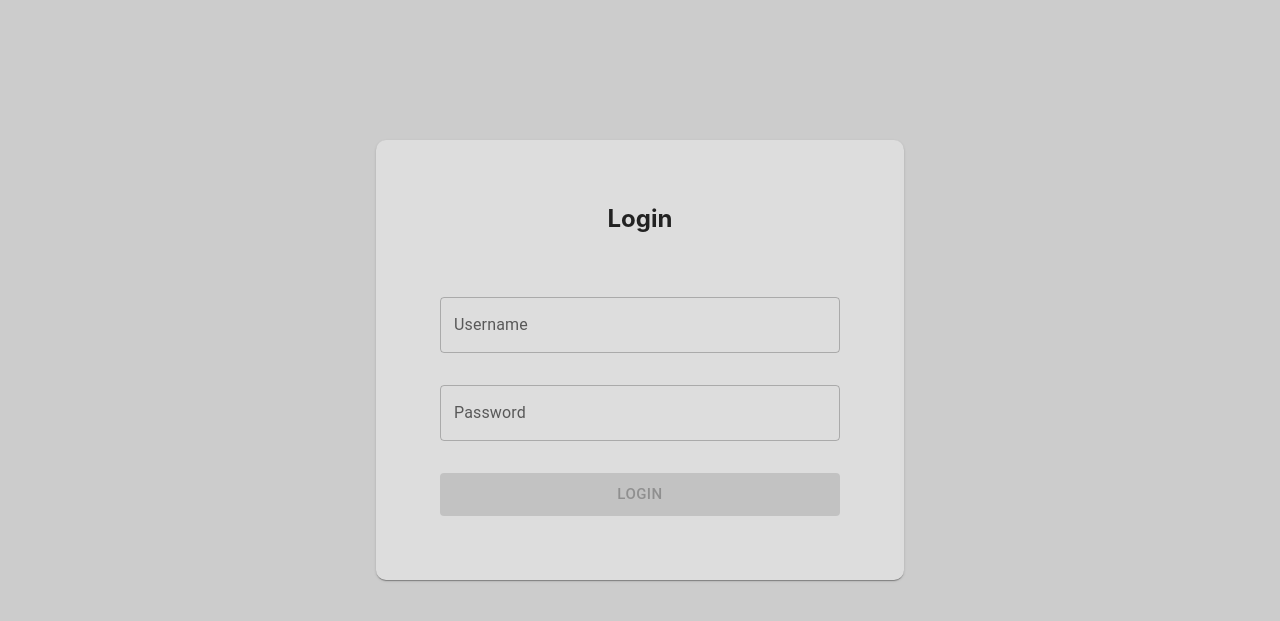
Repository: devhalo21028/learn-react
Page: / (app in end-to-end-test/my-app/)
These files come from the project's save history. The page is drawn as it stood at one moment and after the next save; the edit follows.
The browser window is 1280 px wide. The pictures show the whole page.
The page's requests for data from a server got no answer. The project was rebuilt for these pictures with package versions that can differ from the ones it lists, and the page was loaded fresh each time. No one was signed in, and anything a server would have sent is missing. Also part of the build but not shown: end-to-end-test/my-app/src/general/components/Welcome/Welcome.tsx.

Above is the page before, as saved 2022-01-18 21:12:14.

After the next save:
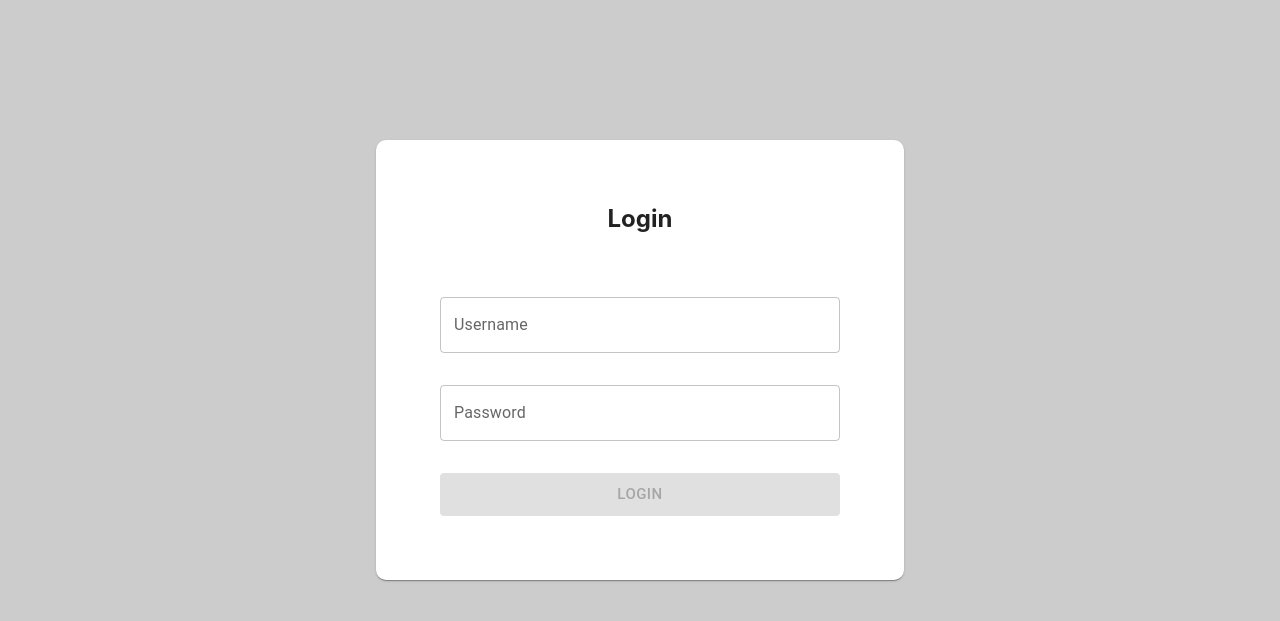
Saved 5 s later.
--- a/end-to-end-test/my-app/src/auth/components/Login/Login.tsx
+++ b/end-to-end-test/my-app/src/auth/components/Login/Login.tsx
@@ -31,7 +31,7 @@ export default function Login() {
     >
       <Paper
         css={css`
-          background: #ddd;
+          background: #fff;
           padding: 4rem;
           min-width: 25rem;
           border-radius: 10px;
